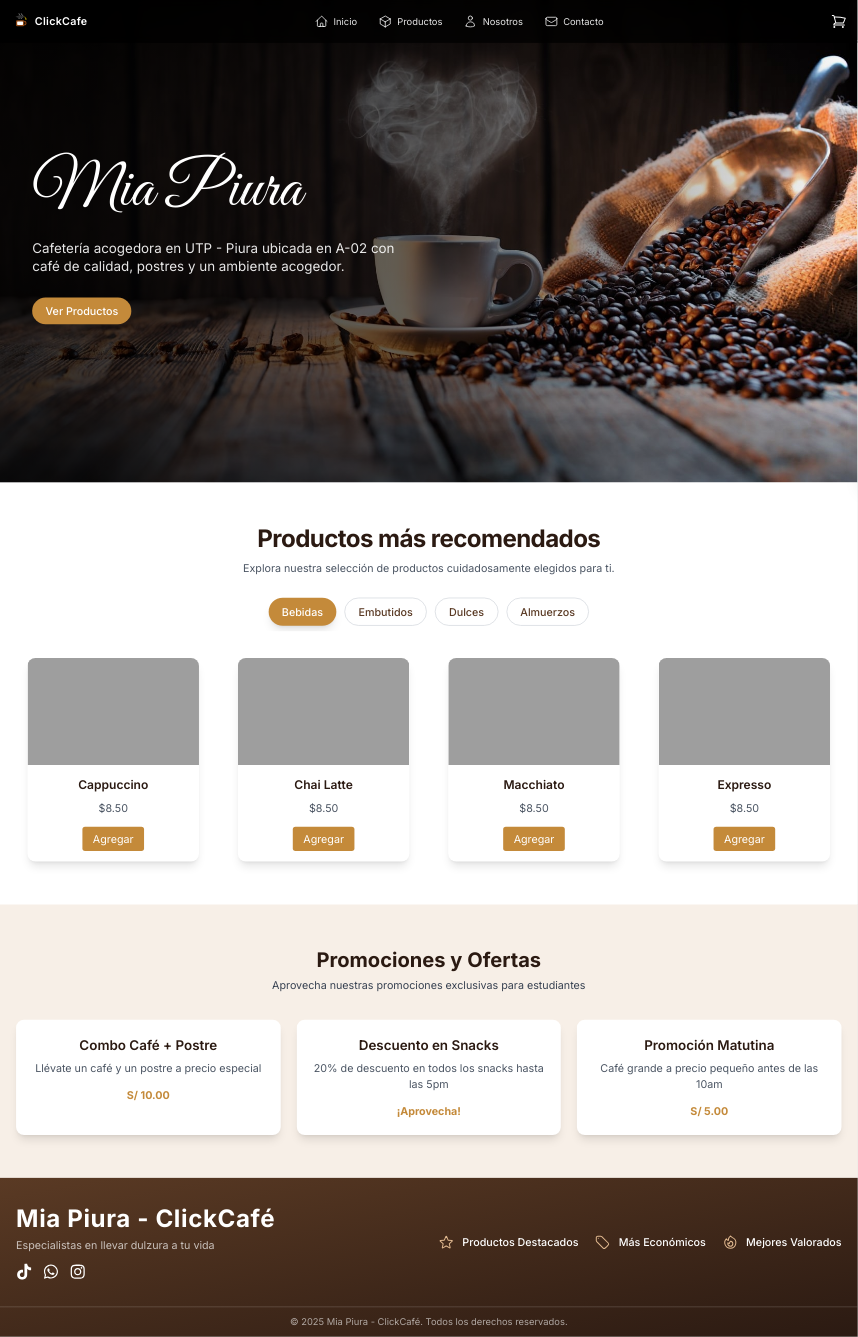
Repository: Adrian-JP777/INTEGRADOR
Page: /home (app in clickcafe/)
These files come from the project's save history. The page is drawn as it stood at one moment and after the next save; the edit follows.
The browser window is 1280 px wide. The pictures show the whole page, at 67% of full size.
Pictures or frames that could not be fetched are drawn as grey boxes. The project was rebuilt for these pictures with package versions that can differ from the ones it lists, and the page was loaded fresh each time. Also part of the build but not shown: clickcafe/vite.config.js, clickcafe/src/pages/ProductsPage.jsx, clickcafe/src/pages/AboutPage.jsx, clickcafe/src/layouts/AdminLayout.jsx, clickcafe/src/pages/admin/AdminHomePage.jsx, clickcafe/src/pages/admin/AdminProductsPage.jsx, clickcafe/src/pages/admin/AdminPedidosPage.jsx, clickcafe/src/pages/admin/AdminSalesPage.jsx.

Above is the page before, as saved 2025-09-24 23:34:42.

### clickcafe/index.html
<!doctype html>
<html lang="es">
  <head>
    <meta charset="UTF-8" />
    <meta name="viewport" content="width=device-width, initial-scale=1.0" />
    <title>ClickCafe - Tu café en Piura</title>
    <meta name="description" content="ClickCafe: disfruta café, postres y almuerzos en un ambiente acogedor en Piura." />
    <link rel="icon" type="image/svg+xml" href="/logo.svg" />
    <link href="https://fonts.googleapis.com/css2?family=Great+Vibes&family=Inter:wght@300;400;500;600;700&display=swap" rel="stylesheet">
  </head>
  <body class="bg-white text-cafe-900">
    <div id="root"></div>
    <script type="module" src="/src/main.jsx"></script>
  </body>
</html>

### clickcafe/src/App.jsx
import { useState } from "react";
import { Routes, Route, useLocation, Navigate } from "react-router-dom";

// Componentes usuarios
import Navbar from './components/Navbar';
import Footer from './components/Footer';
import CartDrawer from './components/CartDrawer';
import HomePage from './pages/HomePage';
import ProductsPage from './pages/ProductsPage';
import AboutPage from './pages/AboutPage';

// Componentes admin
import AdminLayout from "./layouts/AdminLayout";
import AdminHomePage from "./pages/admin/AdminHomePage";
import AdminProductsPage from "./pages/admin/AdminProductsPage";
import AdminPedidosPage from "./pages/admin/AdminPedidosPage";
import AdminSalesPage from "./pages/admin/AdminSalesPage";

export default function App() {
  const [openCart, setOpenCart] = useState(false);
  const [cart, setCart] = useState([]);
  const [isAdmin, setIsAdmin] = useState(true);
  const location = useLocation();
  const isHome = location.pathname === '/';

  const addToCart = (prod) => {
    setCart((prev) => {
      const exists = prev.find((p) => p.id === prod.id);
      if (exists) return prev.map((p) => (p.id === prod.id ? { ...p, quantity: p.quantity + 1 } : p));
      return [...prev, { ...prod, quantity: 1 }];
    });
    setOpenCart(true);
  };

  const removeFromCart = (id) => setCart((prev) => prev.filter((p) => p.id !== id));
  const changeQuantity = (id, d) =>
    setCart((prev) => prev.map((p) => (p.id === id ? { ...p, quantity: Math.max(1, p.quantity + d) } : p)));

  return (
    <div className="min-h-screen flex flex-col bg-white">
      {!location.pathname.startsWith('/admin') && (
        <Navbar
          overlay={isHome}
          onOpenCart={() => setOpenCart(true)}
          count={cart.reduce((a, b) => a + b.quantity, 0)}
        />
      )}

      <main className="flex-1">
        <Routes>
          <Route path="/home" element={<HomePage onAdd={addToCart} />} />
          <Route path="/products" element={<ProductsPage onAdd={addToCart} />} />
          <Route path="/about" element={<AboutPage />} />

          {isAdmin && (
            <Route path="/admin" element={<AdminLayout />}>
              <Route index element={<Navigate to="home" replace />} />
              <Route path="home" element={<AdminHomePage />} />
              <Route path="products" element={<AdminProductsPage />} />
              <Route path="pedidos" element={<AdminPedidosPage />} />
              <Route path="sales" element={<AdminSalesPage />} />
            </Route>
          )}

          {!isAdmin && <Route path="/admin/*" element={<Navigate to="/" replace />} />}
        </Routes>
      </main>

      {!location.pathname.startsWith('/admin') && <Footer />}

      <CartDrawer
        open={openCart}
        onClose={() => setOpenCart(false)}
        cart={cart}
        remove={removeFromCart}
        changeQuantity={changeQuantity}
      />
    </div>
  );
}

### clickcafe/src/index.css
@import url('https://fonts.googleapis.com/css2?family=Great+Vibes&family=Inter:wght@300;400;500;600;700&display=swap');

@tailwind base;
@tailwind components;
@tailwind utilities;

@layer components {
  .boton-dorado { @apply bg-cafe-500 text-white rounded-full px-5 py-2 font-medium hover:opacity-90 transition; }
  .titulo-seccion { @apply text-3xl md:text-4xl font-semibold text-cafe-900 text-center; }
  .parrafo-suave { @apply text-cafe-900/70 leading-relaxed; }
}

html, body {
  margin: 0;
  padding: 0;
  background-color: #000;
}

### clickcafe/src/components/Navbar.jsx
import { useState } from "react";
import { Link, NavLink } from "react-router-dom";
import { motion } from "framer-motion";
import {
  HomeIcon,
  CubeIcon,
  UserIcon,
  EnvelopeIcon,
  ShoppingCartIcon,
  Bars3Icon,
  XMarkIcon,
} from "@heroicons/react/24/outline";

export default function Navbar({ onOpenCart, count = 0 }) {
  const [menuOpen, setMenuOpen] = useState(false);

  const links = [
    { to: "/", label: "Inicio", icon: <HomeIcon className="w-5 h-5" /> },
    { to: "/products", label: "Productos", icon: <CubeIcon className="w-5 h-5" /> },
    { to: "/about", label: "Nosotros", icon: <UserIcon className="w-5 h-5" /> },
    { to: "/contact", label: "Contacto", icon: <EnvelopeIcon className="w-5 h-5" /> },
  ];

  return (
    <motion.header
      className="fixed top-0 left-0 right-0 z-50 text-white bg-black/70 backdrop-blur h-16"
      initial={{ y: -80, opacity: 0 }}
      animate={{ y: 0, opacity: 1 }}
      transition={{ duration: 0.6 }}
    >
      <div className="max-w-7xl mx-auto px-4 h-full flex items-center justify-between">
        <motion.div
          initial={{ opacity: 0, y: -20 }}
          animate={{ opacity: 1, y: 0 }}
          transition={{ duration: 0.6 }}
        >
          <Link to="/" className="flex items-center gap-2">
            <img src="/cafeclick.svg" alt="ClickCafe" className="h-7" />
            <span className="font-semibold tracking-wide">ClickCafe</span>
          </Link>
        </motion.div>

        <nav className="hidden md:flex items-center gap-8">
          {links.map((i, idx) => (
            <motion.div
              key={i.to}
              initial={{ opacity: 0, y: -20 }}
              animate={{ opacity: 1, y: 0 }}
              transition={{ duration: 0.6, delay: idx * 0.1 }}
            >
              <NavLink
                to={i.to}
                className={({ isActive }) =>
                  `flex items-center gap-2 text-sm ${
                    isActive ? "text-cafe-300" : "text-white/90 hover:text-white"
                  }`
                }
              >
                {i.icon}
                {i.label}
              </NavLink>
            </motion.div>
          ))}
        </nav>

        <motion.div
          className="flex items-center gap-4"
          initial={{ opacity: 0, y: -20 }}
          animate={{ opacity: 1, y: 0 }}
          transition={{ duration: 0.6, delay: 0.3 }}
        >
          <button
            className="md:hidden focus:outline-none p-1 rounded-lg hover:bg-white/10 transition"
            onClick={() => setMenuOpen(!menuOpen)}
            aria-label="Menú"
          >
            {menuOpen ? <XMarkIcon className="w-7 h-7" /> : <Bars3Icon className="w-7 h-7" />}
          </button>

          <button onClick={onOpenCart} className="relative hover:opacity-80" aria-label="Carrito">
            <ShoppingCartIcon className="w-6 h-6" />
            {count > 0 && (
              <span className="absolute -top-1 -right-1 bg-cafe-500 text-white text-xs rounded-full px-1">
                {count}
              </span>
            )}
          </button>
        </motion.div>
      </div>

      {menuOpen && (
        <motion.div
          initial={{ opacity: 0, y: -20 }}
          animate={{ opacity: 1, y: 0 }}
          exit={{ opacity: 0, y: -20 }}
          transition={{ duration: 0.3 }}
          className="md:hidden bg-black/90 backdrop-blur-sm text-white px-6 py-4 space-y-4"
        >
          {links.map((i) => (
            <NavLink
              key={i.to}
              to={i.to}
              className={({ isActive }) =>
                `flex items-center gap-2 text-base ${
                  isActive ? "text-cafe-300" : "text-white/90 hover:text-white"
                }`
              }
              onClick={() => setMenuOpen(false)}
            >
              {i.icon}
              {i.label}
            </NavLink>
          ))}
        </motion.div>
      )}
    </motion.header>
  );
}

### clickcafe/src/components/CartDrawer.jsx
export default function CartDrawer({ open, onClose, cart, remove, changeQuantity }) {
  const total = cart.reduce((a,b)=> a + b.price * b.quantity, 0)

  return (
    <div className={`fixed inset-0 z-50 ${open? 'pointer-events-auto':'pointer-events-none'}`}>
      {/* Backdrop */}
      <div onClick={onClose} className={`absolute inset-0 bg-black/50 transition ${open? 'opacity-100':'opacity-0'}`} />
      {/* Panel */}
      <aside className={`absolute right-0 top-0 h-full w-full max-w-md bg-white shadow-xl transition-transform ${open? 'translate-x-0':'translate-x-full'}`}>
        <div className="p-4 border-b flex items-center justify-between">
          <h3 className="text-lg font-semibold">Tu carrito</h3>
          <button onClick={onClose} className="text-cafe-700">Cerrar</button>
        </div>
        <div className="p-4 space-y-4 overflow-y-auto h-[calc(100%-160px)]">
          {cart.length===0 && <p className="text-cafe-900/60">Aún no agregas productos.</p>}
          {cart.map(p => (
            <div key={p.id} className="flex gap-3 items-center">
              <img src={p.image} alt={p.name} className="w-16 h-16 rounded object-cover"/>
              <div className="flex-1">
                <div className="font-medium">{p.name}</div>
                <div className="text-sm text-cafe-900/70">S/{p.price.toFixed(2)}</div>
                <div className="flex items-center gap-2 mt-1">
                  <button onClick={()=>changeQuantity(p.id, -1)} className="px-2 border rounded">-</button>
                  <span>{p.quantity}</span>
                  <button onClick={()=>changeQuantity(p.id, +1)} className="px-2 border rounded">+</button>
                </div>
              </div>
              <button onClick={()=>remove(p.id)} className="text-red-600 text-sm">Quitar</button>
            </div>
          ))}
        </div>
        <div className="p-4 border-t">
          <div className="flex items-center justify-between mb-3">
            <span className="font-medium">Total</span>
            <span className="font-semibold">S/{total.toFixed(2)}</span>
          </div>
          <button className="w-full boton-dorado">Pagar</button>
        </div>
      </aside>
    </div>
  )
}

### clickcafe/src/pages/HomePage.jsx
// src/pages/HomePage.jsx
import Hero from "../components/Hero";
import ProductTabs from "../components/ProductTabs";
import Promotions from "../components/Promotions"; // Nuevo componente

export default function HomePage({ onAdd }) {
  return (
    <main className="flex flex-col min-h-screen bg-white">
      <Hero />
      <ProductTabs onAdd={onAdd} />
      <Promotions /> {/* Aquí mostramos promociones u ofertas */}
    </main>
  );
}

### clickcafe/src/components/Hero.jsx
import { motion } from "framer-motion";
import Boton from "./ui/boton";

export default function Hero() {
  const fondo = "/hero.jpg";

  return (
    <section className="relative min-h-screen grid items-center text-white overflow-hidden">
      {/* Imagen de fondo */}
      <div
        className="absolute inset-0 bg-cover bg-center md:bg-right"
        style={{ backgroundImage: `url(${fondo})` }}
        aria-hidden="true"
      />
      {/* Gradiente */}
      <div className="absolute inset-0 bg-gradient-to-r from-black/80 via-black/60 to-transparent" />

      {/* Contenido */}
      <div className="relative z-10 max-w-6xl px-6 md:px-12 text-center md:text-left">
        <motion.h1
          className="font-marca text-4xl sm:text-5xl md:text-7xl lg:text-8xl leading-tight"
          initial={{ opacity: 0, y: 50 }}
          animate={{ opacity: 1, y: 0 }}
          transition={{ duration: 0.8 }}
        >
          Mia Piura
        </motion.h1>

        <motion.p
          className="mt-6 max-w-md sm:max-w-lg md:max-w-xl text-white/90 mx-auto md:mx-0 text-base sm:text-lg md:text-xl"
          initial={{ opacity: 0, y: 30 }}
          animate={{ opacity: 1, y: 0 }}
          transition={{ duration: 1, delay: 0.2 }}
        >
          Cafetería acogedora en UTP - Piura ubicada en A-02 con café de calidad, postres y un ambiente acogedor.
        </motion.p>

        <motion.div
          className="mt-8 flex justify-center md:justify-start"
          initial={{ opacity: 0, y: 20 }}
          animate={{ opacity: 1, y: 0 }}
          transition={{ duration: 1, delay: 0.4 }}
        >
          <Boton
            onClick={() =>
              document.getElementById("recomendados")?.scrollIntoView({ behavior: "smooth" })
            }
          >
            Ver Productos
          </Boton>
        </motion.div>
      </div>
    </section>
  );
}

### clickcafe/src/components/ProductTabs.jsx
// ProductTabs.jsx
import { motion } from "framer-motion"
import { useMemo, useState } from "react"
import { CATEGORIES, products } from "../data/products"
import ProductCard from "./ProductCard"

export default function ProductTabs({ onAdd }) {
  const [category, setCategory] = useState("Bebidas")
  const filtered = useMemo(
    () => products.filter((p) => p.category === category),
    [category]
  )

  return (
    <section id="recomendados" className="py-16 bg-white">
      <div className="max-w-7xl mx-auto px-4 sm:px-6">
        {/* Título */}
        <motion.h2
          className="text-center text-4xl font-bold text-cafe-900 tracking-tight"
          initial={{ opacity: 0, y: -30 }}
          whileInView={{ opacity: 1, y: 0 }}
          viewport={{ once: false, amount: 0.3 }}
          transition={{ duration: 0.6 }}
        >
          Productos más recomendados
        </motion.h2>

        {/* Subtítulo */}
        <motion.p
          className="text-center mt-3 text-gray-600 max-w-2xl mx-auto"
          initial={{ opacity: 0, y: 20 }}
          whileInView={{ opacity: 1, y: 0 }}
          viewport={{ once: false, amount: 0.3 }}
          transition={{ duration: 0.6, delay: 0.2 }}
        >
          Explora nuestra selección de productos cuidadosamente elegidos para ti.
        </motion.p>

        {/* Botones de categorías */}
        <div className="mt-6 flex gap-3 overflow-x-auto scrollbar-hide justify-center py-2">
          {CATEGORIES.map((c) => (
            <button
              key={c}
              onClick={() => setCategory(c)}
              className={`px-5 py-2 rounded-full font-medium transition-colors duration-300
                ${category === c
                  ? "bg-cafe-500 text-white shadow-lg"
                  : "bg-white text-cafe-700 border border-gray-300 hover:bg-cafe-50"}`
              }
            >
              {c}
            </button>
          ))}
        </div>

        {/* Grid de productos */}
        <div className="mt-10 grid grid-cols-1 sm:grid-cols-2 md:grid-cols-3 lg:grid-cols-4 gap-6">
          {filtered.map((p, i) => (
            <motion.div
              key={p.id}
              initial={{ opacity: 0, y: 40 }}
              whileInView={{ opacity: 1, y: 0 }}
              viewport={{ once: false, amount: 0.2 }}
              transition={{ duration: 0.6, delay: i * 0.1 }}
              className="flex justify-center"
            >
              <ProductCard product={p} onAdd={onAdd} />
            </motion.div>
          ))}
        </div>
      </div>
    </section>
  )
}

### clickcafe/src/components/Promotions.jsx
// src/components/Promotions.jsx
import { motion } from "framer-motion";

export default function Promotions() {
  const promociones = [
    {
      titulo: "Combo Café + Postre",
      descripcion: "Llévate un café y un postre a precio especial",
      precio: "S/ 10.00",
    },
    {
      titulo: "Descuento en Snacks",
      descripcion: "20% de descuento en todos los snacks hasta las 5pm",
      precio: "¡Aprovecha!",
    },
    {
      titulo: "Promoción Matutina",
      descripcion: "Café grande a precio pequeño antes de las 10am",
      precio: "S/ 5.00",
    },
  ];

  return (
    <section className="py-16 bg-cafe-50">
      <div className="max-w-7xl mx-auto px-6">
        <motion.h2
          className="titulo-seccion text-center text-3xl font-bold"
          initial={{ opacity: 0, y: -20 }}
          whileInView={{ opacity: 1, y: 0 }}
          viewport={{ once: true }}
          transition={{ duration: 0.6 }}
        >
          Promociones y Ofertas
        </motion.h2>

        <motion.p
          className="text-center mt-2 text-gray-700"
          initial={{ opacity: 0, y: 20 }}
          whileInView={{ opacity: 1, y: 0 }}
          viewport={{ once: true }}
          transition={{ duration: 0.6, delay: 0.2 }}
        >
          Aprovecha nuestras promociones exclusivas para estudiantes
        </motion.p>

        <div className="mt-10 grid grid-cols-1 sm:grid-cols-2 md:grid-cols-3 gap-6">
          {promociones.map((p, i) => (
            <motion.div
              key={i}
              className="bg-white rounded-xl p-6 shadow-lg text-center"
              initial={{ opacity: 0, y: 30, scale: 0.9 }}
              whileInView={{ opacity: 1, y: 0, scale: 1 }}
              viewport={{ once: true }}
              transition={{ duration: 0.6, delay: i * 0.2 }}
            >
              <h3 className="font-semibold text-xl">{p.titulo}</h3>
              <p className="mt-2 text-gray-600">{p.descripcion}</p>
              <span className="mt-4 block text-cafe-500 font-bold">{p.precio}</span>
            </motion.div>
          ))}
        </div>
      </div>
    </section>
  );
}

### clickcafe/src/components/ProductCard.jsx
// ProductCard.jsx
export default function ProductCard({ product, onAdd }) {
  return (
    <div className="bg-white rounded-xl shadow-lg overflow-hidden w-64 flex flex-col items-center">
      {product.image && (
        <img
          src={product.image}
          alt={product.name}
          className="w-full h-40 object-cover"
        />
      )}
      <div className="p-4 flex flex-col items-center gap-2 text-center">
        <h3 className="font-semibold text-lg">{product.name}</h3>
        <p className="text-gray-600">${product.price.toFixed(2)}</p>
        <button
          onClick={() => onAdd(product)}
          className="mt-2 px-4 py-1.5 bg-cafe-500 text-white rounded hover:bg-cafe-600 transition"
        >
          Agregar
        </button>
      </div>
    </div>
  )
}

### clickcafe/src/components/ui/boton.jsx
export default function Boton({ className = "", children, ...props }) {
  return (
    <button className={`boton-dorado ${className}`} {...props}>
      {children}
    </button>
  )
}

Loaded but not shown: clickcafe/src/main.jsx (common file); clickcafe/src/data/products.js (11 lines, source omitted); clickcafe/tailwind.config.js (23 lines, source omitted); clickcafe/src/components/Footer.jsx (111 lines, source omitted)

After the next save:
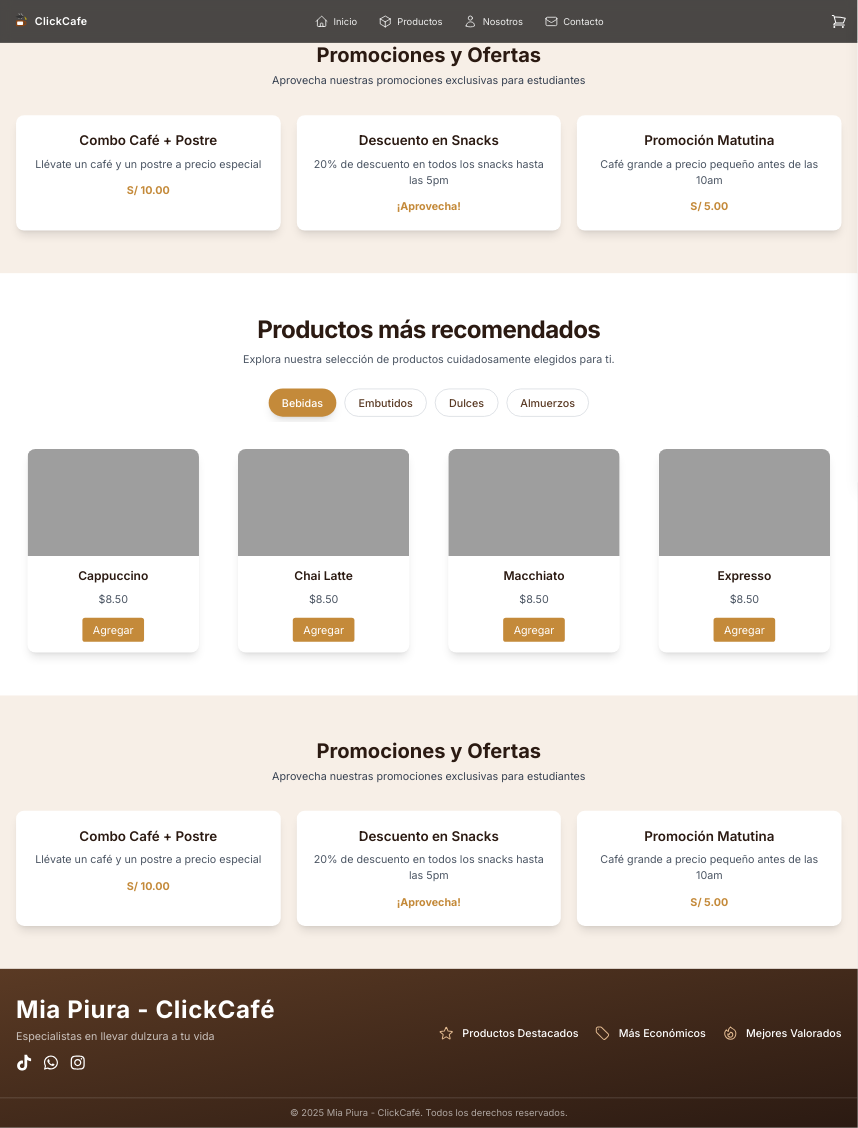
Saved 99 s later.
--- a/clickcafe/src/components/Hero.jsx
+++ b/clickcafe/src/components/Hero.jsx
@@ -1,54 +1,64 @@
+// src/components/Promotions.jsx
 import { motion } from "framer-motion";
-import Boton from "./ui/boton";
 
-export default function Hero() {
-  const fondo = "/hero.jpg";
+export default function Promotions() {
+  const promociones = [
+    {
+      titulo: "Combo Café + Postre",
+      descripcion: "Llévate un café y un postre a precio especial",
+      precio: "S/ 10.00",
+    },
+    {
+      titulo: "Descuento en Snacks",
+      descripcion: "20% de descuento en todos los snacks hasta las 5pm",
+      precio: "¡Aprovecha!",
+    },
+    {
+      titulo: "Promoción Matutina",
+      descripcion: "Café grande a precio pequeño antes de las 10am",
+      precio: "S/ 5.00",
+    },
+  ];
 
   return (
-    <section className="relative min-h-screen grid items-center text-white overflow-hidden">
-      {/* Imagen de fondo */}
-      <div
-        className="absolute inset-0 bg-cover bg-center md:bg-right"
-        style={{ backgroundImage: `url(${fondo})` }}
-        aria-hidden="true"
-      />
-      {/* Gradiente */}
-      <div className="absolute inset-0 bg-gradient-to-r from-black/80 via-black/60 to-transparent" />
-
-      {/* Contenido */}
-      <div className="relative z-10 max-w-6xl px-6 md:px-12 text-center md:text-left">
-        <motion.h1
-          className="font-marca text-4xl sm:text-5xl md:text-7xl lg:text-8xl leading-tight"
-          initial={{ opacity: 0, y: 50 }}
-          animate={{ opacity: 1, y: 0 }}
-          transition={{ duration: 0.8 }}
+    <section className="py-16 bg-cafe-50">
+      <div className="max-w-7xl mx-auto px-6">
+        <motion.h2
+          className="titulo-seccion text-center text-3xl font-bold"
+          initial={{ opacity: 0, y: -20 }}
+          whileInView={{ opacity: 1, y: 0 }}
+          viewport={{ once: true }}
+          transition={{ duration: 0.6 }}
         >
-          Mia Piura
-        </motion.h1>
+          Promociones y Ofertas
+        </motion.h2>
 
         <motion.p
-          className="mt-6 max-w-md sm:max-w-lg md:max-w-xl text-white/90 mx-auto md:mx-0 text-base sm:text-lg md:text-xl"
-          initial={{ opacity: 0, y: 30 }}
-          animate={{ opacity: 1, y: 0 }}
-          transition={{ duration: 1, delay: 0.2 }}
+          className="text-center mt-2 text-gray-700"
+          initial={{ opacity: 0, y: 20 }}
+          whileInView={{ opacity: 1, y: 0 }}
+          viewport={{ once: true }}
+          transition={{ duration: 0.6, delay: 0.2 }}
         >
-          Cafetería acogedora en UTP - Piura ubicada en A-02 con café de calidad, postres y un ambiente acogedor.
+          Aprovecha nuestras promociones exclusivas para estudiantes
         </motion.p>
 
-        <motion.div
-          className="mt-8 flex justify-center md:justify-start"
-          initial={{ opacity: 0, y: 20 }}
-          animate={{ opacity: 1, y: 0 }}
-          transition={{ duration: 1, delay: 0.4 }}
-        >
-          <Boton
-            onClick={() =>
-              document.getElementById("recomendados")?.scrollIntoView({ behavior: "smooth" })
-            }
-          >
-            Ver Productos
-          </Boton>
-        </motion.div>
+        <div className="mt-10 grid grid-cols-1 sm:grid-cols-2 md:grid-cols-3 gap-6">
+          {promociones.map((p, i) => (
+            <motion.div
+              key={i}
+              className="bg-white rounded-xl p-6 shadow-lg text-center"
+              initial={{ opacity: 0, y: 30, scale: 0.9 }}
+              whileInView={{ opacity: 1, y: 0, scale: 1 }}
+              viewport={{ once: true }}
+              transition={{ duration: 0.6, delay: i * 0.2 }}
+            >
+              <h3 className="font-semibold text-xl">{p.titulo}</h3>
+              <p className="mt-2 text-gray-600">{p.descripcion}</p>
+              <span className="mt-4 block text-cafe-500 font-bold">{p.precio}</span>
+            </motion.div>
+          ))}
+        </div>
       </div>
     </section>
   );
